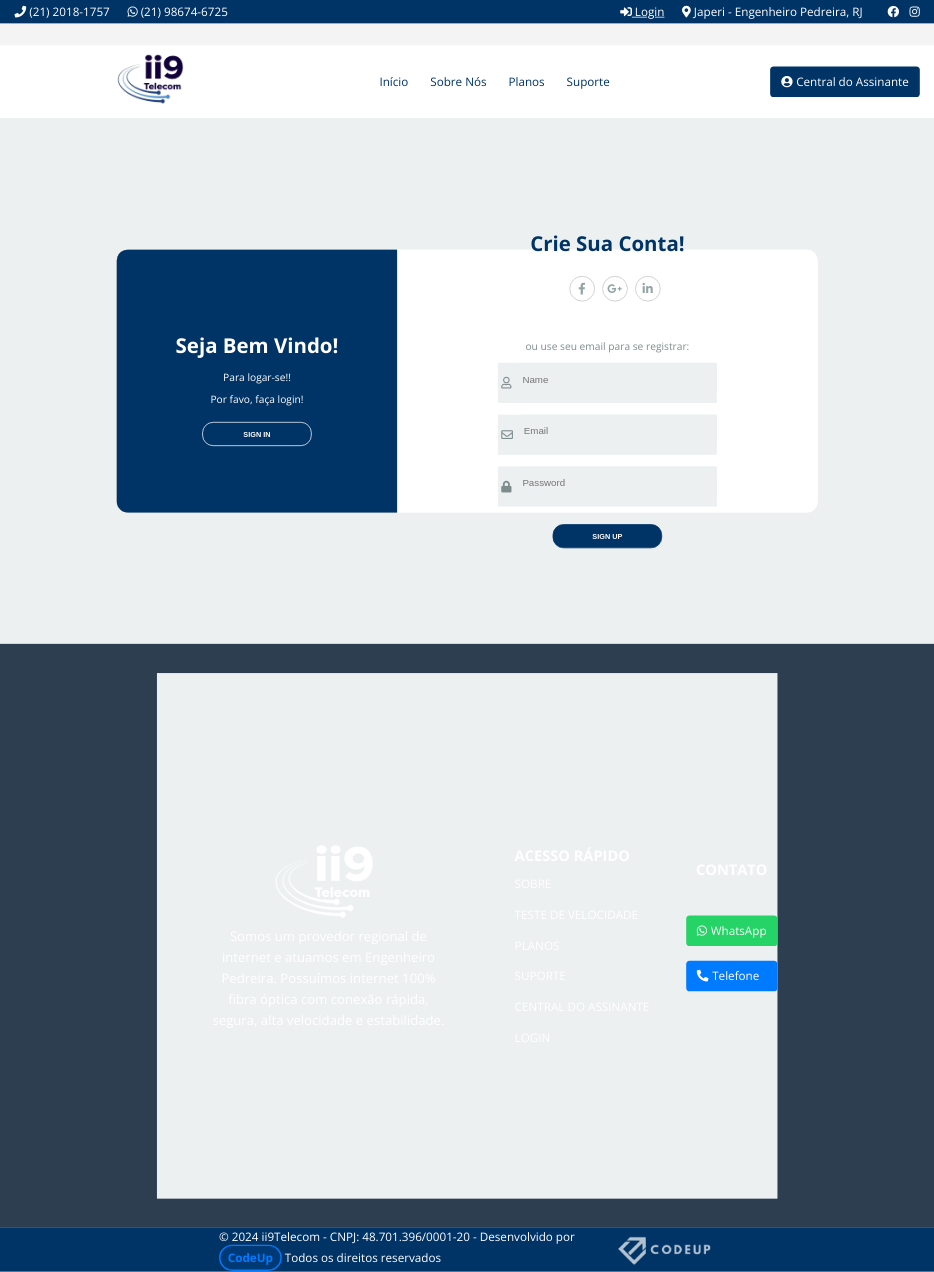
Repository: Gcodeco/ii9Telecom
Page: dist/public/screens/login.html
These files come from the project's save history. The page is drawn as it stood at one moment and after the next save; the edit follows.
The browser window is 1280 px wide. The pictures show the whole page, at 73% of full size.
Some web libraries are served in a nearby version.

Above is the page before, as saved 2024-10-31 19:37:45.
Console error: TypeError: Cannot read properties of null (reading 'addEventListener')

### dist/public/screens/login.html
<!DOCTYPE html>
<html lang="pt-br">
<head>
    <meta charset="UTF-8">
    <meta name="viewport" content="width=device-width, initial-scale=1.0">
    <title>ii9Telecom</title>
    <link rel="icon" href="img/fave.png" type="image/png">
    <link rel="stylesheet" href="../css/stylequemsomoslogo.css">
    <link rel="stylesheet" href="../css/stylequemsomos.css">
    <link rel="stylesheet" href="https://cdnjs.cloudflare.com/ajax/libs/font-awesome/5.15.4/css/all.min.css"> <!-- Para os ícones -->
    <link rel="stylesheet" href="https://cdnjs.cloudflare.com/ajax/libs/font-awesome/6.0.0-beta3/css/all.min.css">
    <link href="https://fonts.googleapis.com/css2?family=Roboto:wght@400;700&display=swap" rel="stylesheet">
    <link rel="stylesheet" href="../css/style.css">
    <link rel="stylesheet" href="https://use.fontawesome.com/releases/v5.8.2/css/all.css"
        integrity="sha384-oS3vJWv+0UjzBfQzYUhtDYW+Pj2yciDJxpsK1OYPAYjqT085Qq/1cq5FLXAZQ7Ay" crossorigin="anonymous">
</head>
<body>
    <header class="header-top">
        <div class="contact-info">
            <span><i class="fas fa-phone"></i> (21) 2018-1757</span>
            <span><i class="fab fa-whatsapp"></i> (21) 98674-6725</span>
        </div>
        <div class="social-info">

            <span><a href="login.html"><i class="fas fa-sign-in-alt"></i> Login</a></span>
            <span><i class="fas fa-map-marker-alt"></i> Japeri - Engenheiro Pedreira, RJ</span>
            <a href="https://facebook.com" target="_blank"><i class="fab fa-facebook"></i></a>
            <a href="https://instagram.com" target="_blank"><i class="fab fa-instagram"></i></a>
        </div>
    </header>

    <nav>
        <img src="../img/Novo Projeto.png" alt="ii9Telecom" class="logo1">
        <ul>
            <li><a href="../index.html">Início</a></li>
            <li><a href="#sobre">Sobre Nós</a></li>
            <li><a href="#planos">Planos</a></li>
            <section id="suporte">
                <li><a href="suporte">Suporte</a></li>
            </section>
        </ul>
        <section id="centraldoassinante">
        <a  href="https://ii9telecom.atlaz.com.br/central" class="subscriber-button">
            <i class="fas fa-user-circle"></i> Central do Assinante
        </a>
    </section>
    </nav>



    <div class="container">
        <div class="content first-content">
            <div class="first-column">
                <h2 class="title title-primary">Seja Bem Vindo!</h2>
                <p class="description description-primary">Para logar-se!!</p>
                <p class="description description-primary">Por favo, faça login!</p>
                <button id="signin" class="btn btn-primary">sign in</button>
            </div>
            <div class="second-column">
                <h2 class="title title-second">Crie Sua Conta!</h2>
                <div class="social-media">
                    <ul class="list-social-media">
                        <a class="link-social-media" href="#">
                            <li class="item-social-media">
                                <i class="fab fa-facebook-f"></i>
                            </li>
                        </a>
                        <a class="link-social-media" href="#">
                            <li class="item-social-media">
                                <i class="fab fa-google-plus-g"></i>
                            </li>
                        </a>
                        <a class="link-social-media" href="#">
                            <li class="item-social-media">
                                <i class="fab fa-linkedin-in"></i>
                            </li>
                        </a>
                    </ul>
                </div><!-- social media -->
                <p class="description description-second">ou use seu email para se registrar:</p>
                <form class="form">
                    <label class="label-input" for="">
                        <i class="far fa-user icon-modify"></i>
                        <input type="text" placeholder="Name">
                    </label>

                    <label class="label-input" for="">
                        <i class="far fa-envelope icon-modify"></i>
                        <input type="email" placeholder="Email">
                    </label>

                    <label class="label-input" for="">
                        <i class="fas fa-lock icon-modify"></i>
                        <input type="password" placeholder="Password">
                    </label>


                    <button class="btn btn-second">sign up</button>
                </form>
            </div><!-- second column -->
        </div><!-- first content -->
        <div class="content second-content">
            <div class="first-column">
                <h2 class="title title-primary">Olá Amigo!</h2>
                <p class="description description-primary">Insira seus dados pessoais</p>
                <p class="description description-primary">e comece a jornada conosco</p>
                <button id="signup" class="btn btn-primary">sign up</button>
            </div>
            <div class="second-column">
                <h2 class="title title-second">Faça Login na ii9TELECOM!</h2>
                <div class="social-media">
                    <ul class="list-social-media">
                        <a class="link-social-media" href="#">
                            <li class="item-social-media">
                                <i class="fab fa-facebook-f"></i>
                            </li>
                        </a>
                        <a class="link-social-media" href="#">
                            <li class="item-social-media">
                                <i class="fab fa-google-plus-g"></i>
                            </li>
                        </a>
                        <a class="link-social-media" href="#">
                            <li class="item-social-media">
                                <i class="fab fa-linkedin-in"></i>
                            </li>
                        </a>
                    </ul>
                </div><!-- social media -->
                <p class="description description-second">or use your email account:</p>
                <form class="form">

                    <label class="label-input" for="">
                        <i class="far fa-envelope icon-modify"></i>
                        <input type="email" placeholder="Email">
                    </label>

                    <label class="label-input" for="">
                        <i class="fas fa-lock icon-modify"></i>
                        <input type="password" placeholder="Password">
                    </label>

                    <a class="password" href="#">forgot your password?</a>
                    <button class="btn btn-second">sign in</button>
                </form>
            </div><!-- second column -->
        </div><!-- second-content -->
    </div>
    <script src="../js/app.js"></script>

    <section id="servicos-contato" class="faixa">
        <div class="container">

            <div class="texto-container">
                <img src="../img/Novo Projeto.png" alt="ii9Telecom" class="logo">
                <p class="texto1">Somos um provedor regional de internet e atuamos em Engenheiro Pedreira. Possuímos internet 100% fibra óptica com conexão rápida, segura, alta velocidade e estabilidade.</p>
            </div>
            <section id="acessorapido" class="acesso-rapido">
                <p class="titulo-acesso">ACESSO RÁPIDO</p>
                <p><a href="#sobre">SOBRE</a></p>
                <p><a href="https://fast.com/pt/" target="_blank">TESTE DE VELOCIDADE</a></p>
                <p><a href="#planos">PLANOS</a></p>
                <p><a href="#suporte">SUPORTE</a></p>
                <p><a href="#centraldoassinante">CENTRAL DO ASSINANTE</a></p>
                <p><a href="#login">LOGIN</a></p>
            </section>
            <section id="contato" class="contato-rapido">
                <p class="titulo-contato">CONTATO</p>

                <div class="botoes-contato">
                    <a href="https://api.whatsapp.com/send?phone=5521996830145" class="btn-whatsapp" target="_blank">
                        <i class="fab fa-whatsapp"></i> WhatsApp
                    </a>
                    <a href="tel:+5521996830145" class="btn-telefone">
                        <i class="fas fa-phone-alt"></i> Telefone
                    </a>
                </div>
            </section>
            </div>
            </section>

        </div>
    </section>



    <footer>
        <p>© 2024 ii9Telecom  - CNPJ: 48.701.396/0001-20 - Desenvolvido por <a href="mailto:codeco.gcs@gmail.com" class="destaque">CodeUp</a> Todos os direitos reservados       </p>
                      <img src="../img/CODEUP.png" alt="codeup">
    </footer>


    <script>
        let currentSlide = 0;

        function showSlide(index) {
            const slides = document.querySelectorAll('.carousel-image');
            if (index >= slides.length) {
                currentSlide = 0;
            } else if (index < 0) {
                currentSlide = slides.length - 1;
            } else {
                currentSlide = index;
            }

            slides.forEach((slide, i) => {
                slide.classList.remove('active');
                if (i === currentSlide) {
                    slide.classList.add('active');
                }
            });
        }

        function moveSlide(direction) {
            showSlide(currentSlide + direction);
        }

        // Mudar automaticamente de slide a cada 5 segundos
        setInterval(() => {
            moveSlide(1);
        }, 5000);


        const image = document.querySelector('.about-image');

image.addEventListener('mouseover', () => {
    image.style.transform = 'rotate(-5deg)';
});

image.addEventListener('mouseout', () => {
    image.style.transform = 'rotate(5deg)';
});
    </script>
</body>
</html>

### dist/public/css/stylequemsomos.css
@import url('https://fonts.googleapis.com/css2?family=Open+Sans:ital,wght@0,300..800;1,300..800&display=swap');
* {
    box-sizing: border-box;
    margin: 0;
    padding: 0;
}

body {
    font-family: "Open Sans", sans-serif;
    background-color: #f4f4f4;
    color: #333;
}

.container2 {
    max-width: 800px;
    margin: 20px auto;
    padding: 20px;
    background: #fff;
    border-radius: 8px;
    box-shadow: 0 2px 10px rgba(0, 0, 0, 0.1);
}

header {
    text-align: center;
    margin-bottom: 30px;
}

header h1 {
    font-size: 2.5em;
    color: #007bff;
}

header h4 {
    font-size: 1.2em;
    color: #555;
}

.about p {
    line-height: 1.6;
    margin-bottom: 20px;
}

h2 {
    margin-top: 20px;
    margin-bottom: 10px;
    color: #007bff;
}

ul {
    margin-bottom: 20px;
    list-style-type: disc;
    padding-left: 20px;
}

ul li {
    margin-bottom: 10px;
}

### dist/public/css/style.css
@import url('https://fonts.googleapis.com/css?family=Open+Sans:300,400,700&display=swap');
* {
    margin: 0;
    padding: 0;
    box-sizing: border-box;

}
body {
    font-family: 'Open Sans', sans-serif;
}
.container {
    display: flex;
    justify-content: center;
    align-items: center;
    height: 100vh;
    background-color: #ecf0f1;
}
.content {
    background-color: #fff;
    border-radius: 15px;
    width: 960px;
    height: 50%;
    justify-content: space-between;
    align-items: center;
    position: relative;
}
.content::before {
    content: "";
    position: absolute;
    background-color: #003366;
    width: 40%;
    height: 100%;
    border-top-left-radius: 15px;
    border-bottom-left-radius: 15px;


    left: 0;
}
.title {
    font-size: 28px;
    font-weight: bold;

}
.title-primary {
    color: #fff;
}
.title-second {
    color: #003366;
}
.description {
    font-size: 14px;
    font-weight: 300;
    line-height: 30px;
}
.description-primary {
    color: #fff;
}
.description-second {
    color: #7f8c8d;
}
.btn {
    border-radius: 15px;
    text-transform: uppercase;
    color: #fff;
    font-size: 10px;
    padding: 10px 50px;
    cursor: pointer;
    font-weight: bold;
    width: 150px;
    align-self: center;
    border: none;
    margin-top: 1rem;
}
.btn-primary {
    background-color: transparent;
    border: 1px solid #fff;
    transition: background-color .5s;
}
.btn-primary:hover {
    background-color: #fff;
    color: #003366;
}
.btn-second {
    background-color: #003366;
    border: 1px solid #003366;
    transition: background-color .5s;
}
.btn-second:hover {
    background-color: #fff;
    border: 1px solid #003366;
    color: #003366;
}
.first-content {
    display: flex;
}
.first-content .second-column {
    z-index: 11;
}
.first-column {
    text-align: center;
    width: 40%;
    z-index: 10;
}
.second-column {
    width: 60%;
    display: flex;
    flex-direction: column;
    align-items: center;
}
.social-media {
    margin: 1rem 0;
}
.link-social-media:not(:first-child){
    margin-left: 10px;
}
.link-social-media .item-social-media {
    transition: background-color .5s;
}
.link-social-media:hover .item-social-media{
    background-color: #003366;
    color: #fff;
    border-color: #003366;
}
.list-social-media {
    display: flex;
    list-style-type: none;
}
.item-social-media {
    border: 1px solid #bdc3c7;
    border-radius: 50%;
    width: 35px;
    height: 35px;
    line-height: 35px;
    text-align: center;
    color: #95a5a6;
}
.form {
    display: flex;
    flex-direction: column;
    width: 55%;
}
.form input {
    height: 45px;
    width: 100%;
    border: none;
    background-color: #ecf0f1;
}
input:-webkit-autofill
{
    -webkit-box-shadow: 0 0 0px 1000px #ecf0f1 inset !important;
    -webkit-text-fill-color: #000 !important;
}
.label-input {
    background-color: #ecf0f1;
    display: flex;
    align-items: center;
    margin: 8px;
}
.icon-modify {
    color: #7f8c8d;
    padding: 0 5px;
}

/* second content*/

.second-content {
    position: absolute;
    display: flex;
}
.second-content .first-column {
    order: 2;
    z-index: -1;
}
.second-content .second-column {
    order: 1;
    z-index: -1;
}
.password {
    color: #34495e;
    font-size: 14px;
    margin: 15px 0;
    text-align: center;
}
.password::first-letter {
    text-transform: capitalize;
}



.sign-in-js .first-content .first-column {
    z-index: -1;
}

.sign-in-js .second-content .second-column {
    z-index: 11;
}
.sign-in-js .second-content .first-column {
    z-index: 13;
}

.sign-in-js .content::before {
    left: 60%;
    border-top-left-radius: 0;
    border-bottom-left-radius: 0;
    border-top-right-radius: 15px;
    border-bottom-right-radius: 15px;
    animation: slidein 1.3s; /*MODIFIQUEI DE 3s PARA 1.3s*/

    z-index: 12;
}

.sign-up-js .content::before {
    animation: slideout 1.3s; /*MODIFIQUEI DE 3s PARA 1.3s*/

    z-index: 12;
}

.sign-up-js .second-content .first-column,
.sign-up-js .second-content .second-column {
    z-index: -1;
}

.sign-up-js .first-content .second-column {
    z-index: 11;
}

.sign-up-js .first-content .first-column {
    z-index: 13;
}


/* DESLOCAMENTO CONTEÚDO ATRÁS DO CONTENT:BEFORE*/
.sign-in-js .first-content .second-column {

    z-index: -1;
    position: relative;
    animation: deslocamentoEsq 1.3s; /*MODIFIQUEI DE 3s PARA 1.3s*/
}

.sign-up-js .second-content .second-column {
    position: relative;
    z-index: -1;
    animation: deslocamentoDir 1.3s; /*MODIFIQUEI DE 3s PARA 1.3s*/
}

/*ANIMAÇÃOO CSS PARA O CONTEÚDO*/

@keyframes deslocamentoEsq {

    from {
        left: 0;
        opacity: 1;
        z-index: 12;
    }

    25% {
        left: -80px;
        opacity: .5;
        /* z-index: 12; NÃO HÁ NECESSIDADE */
    }

    50% {
        left: -100px;
        opacity: .2;
        /* z-index: 12; NÃO HÁ NECESSIDADE */
    }

    to {
        left: -110px;
        opacity: 0;
        z-index: -1;
    }
}


@keyframes deslocamentoDir {

    from {
        left: 0;
        z-index: 12;
    }

    25% {
        left: 80px;
        /* z-index: 12;  NÃO HÁ NECESSIDADE*/
    }

    50% {
        left: 100px;
        /* z-index: 12; NÃO HÁ NECESSIDADE*/
        /* background-color: yellow;  Exemplo que dei no vídeo*/
    }

    to {
        left: 110px;
        z-index: -1;
    }
}


/*ANIMAÇÃO CSS*/

@keyframes slidein {

    from {
        left: 0;
        width: 40%;
    }

    25% {
        left: 5%;
        width: 50%;
    }

    50% {
        left: 25%;
        width: 60%;
    }

    75% {
        left: 45%;
        width: 50%;
    }

    to {
        left: 60%;
        width: 40%;
    }
}

@keyframes slideout {

    from {
        left: 60%;
        width: 40%;
    }

    25% {
        left: 45%;
        width: 50%;
    }

    50% {
        left: 25%;
        width: 60%;
    }

    75% {
        left: 5%;
        width: 50%;
    }

    to {
        left: 0;
        width: 40%;
    }
}

/*VERSÃO MOBILE*/
@media screen and (max-width: 1040px) {
    .content {
        width: 100%;
        height: 100%;
    }

    .content::before {
        width: 100%;
        height: 40%;
        top: 0;
        border-radius: 0;
    }
    .first-content, .second-content {
        flex-direction: column;
        justify-content: space-around;
    }

    .first-column, .second-column {
        width: 100%;
    }

    .sign-in-js .content::before {
        top: 60%;
        left: 0;
        border-radius: 0;

    }

    .form {
        width: 90%;
    }

    /* ANIMAÇÃO MOBILE CSS*/

    @keyframes deslocamentoEsq {

        from {
            top: 0;
            opacity: 1;
            z-index: 12;
        }

        25% {
            top: -80px;
            opacity: .5;
            /* z-index: 12; NÃO HÁ NECESSIDADE */
        }

        50% {
            top: -100px;
            opacity: .2;
            /* z-index: 12; NÃO HÁ NECESSIDADE */
        }

        to {
            top: -110px;
            opacity: 0;
            z-index: -1;
        }
    }


    @keyframes deslocamentoDir {

        from {
            top: 0;
            z-index: 12;
        }

        25% {
            top: 80px;
            /* z-index: 12;  NÃO HÁ NECESSIDADE*/
        }

        50% {
            top: 100px;
            /* z-index: 12; NÃO HÁ NECESSIDADE*/
            /* background-color: yellow;  Exemplo que dei no vídeo*/
        }

        to {
            top: 110px;
            z-index: -1;
        }
    }



    @keyframes slidein {

        from {
            top: 0;
            height: 40%;
        }

        25% {
            top: 5%;
            height: 50%;
        }

        50% {
            top: 25%;
            height: 60%;
        }

        75% {
            top: 45%;
            height: 50%;
        }

        to {
            top: 60%;
            height: 40%;
        }
    }

    @keyframes slideout {

        from {
            top: 60%;
            height: 40%;
        }

        25% {
            top: 45%;
            height: 50%;
        }

        50% {
            top: 25%;
            height: 60%;
        }

        75% {
            top: 5%;
            height: 50%;
        }

        to {
            top: 0;
            height: 40%;
        }
    }

}

@media screen and (max-width: 740px) {
    .form {
        width: 50%;
    }
}

@media screen and (max-width: 425px) {
    .form {
        width: 100%;
    }
}

Loaded but not shown: dist/public/js/app.js (14 lines, source omitted); dist/public/css/stylequemsomoslogo.css (693 lines, source omitted)

After the next save:
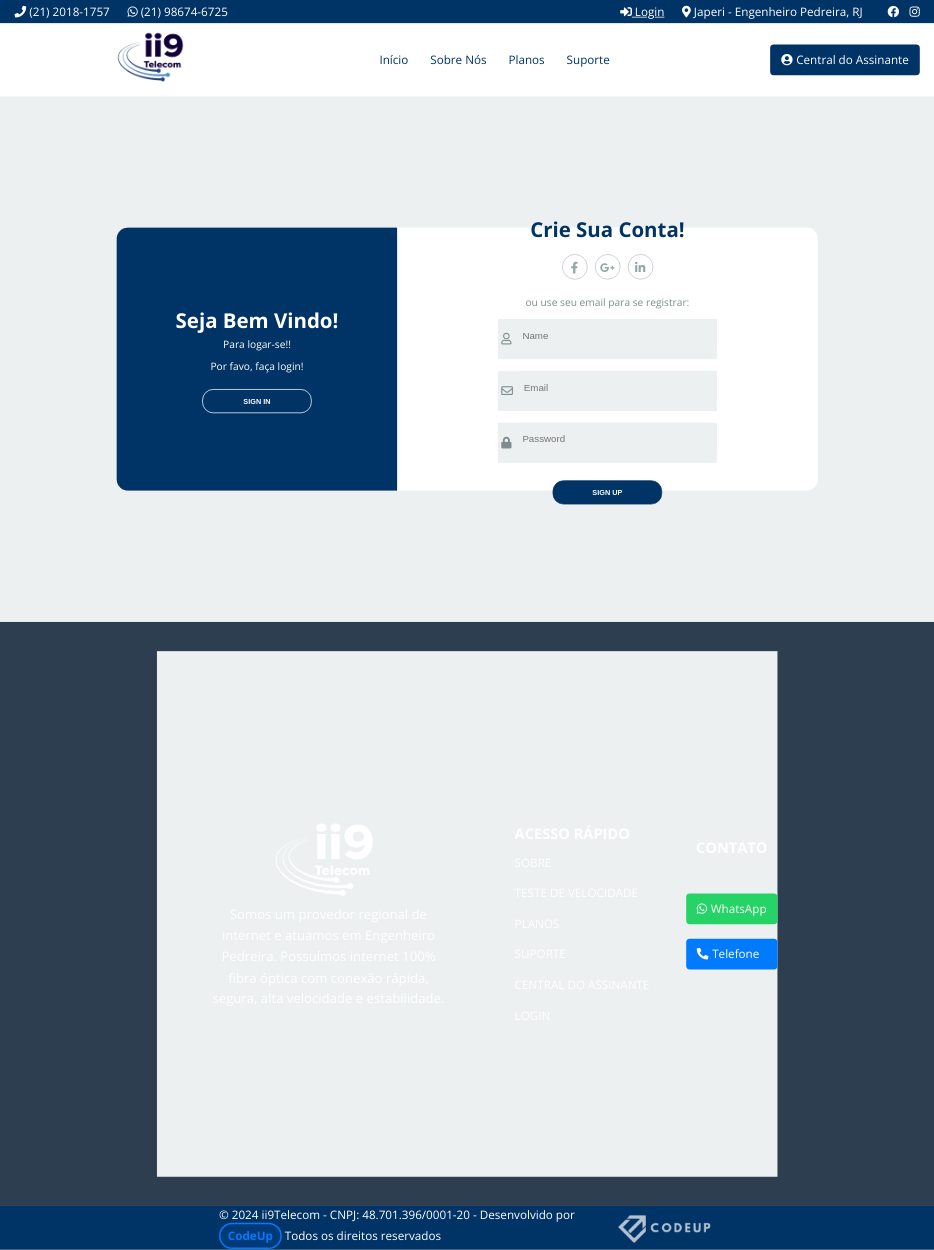
Saved 2 min 9 s later.
--- a/dist/public/screens/login.html
+++ b/dist/public/screens/login.html
@@ -6,7 +6,7 @@
     <title>ii9Telecom</title>
     <link rel="icon" href="img/fave.png" type="image/png">
     <link rel="stylesheet" href="../css/stylequemsomoslogo.css">
-    <link rel="stylesheet" href="../css/stylequemsomos.css">
+
     <link rel="stylesheet" href="https://cdnjs.cloudflare.com/ajax/libs/font-awesome/5.15.4/css/all.min.css"> <!-- Para os ícones -->
     <link rel="stylesheet" href="https://cdnjs.cloudflare.com/ajax/libs/font-awesome/6.0.0-beta3/css/all.min.css">
     <link href="https://fonts.googleapis.com/css2?family=Roboto:wght@400;700&display=swap" rel="stylesheet">
